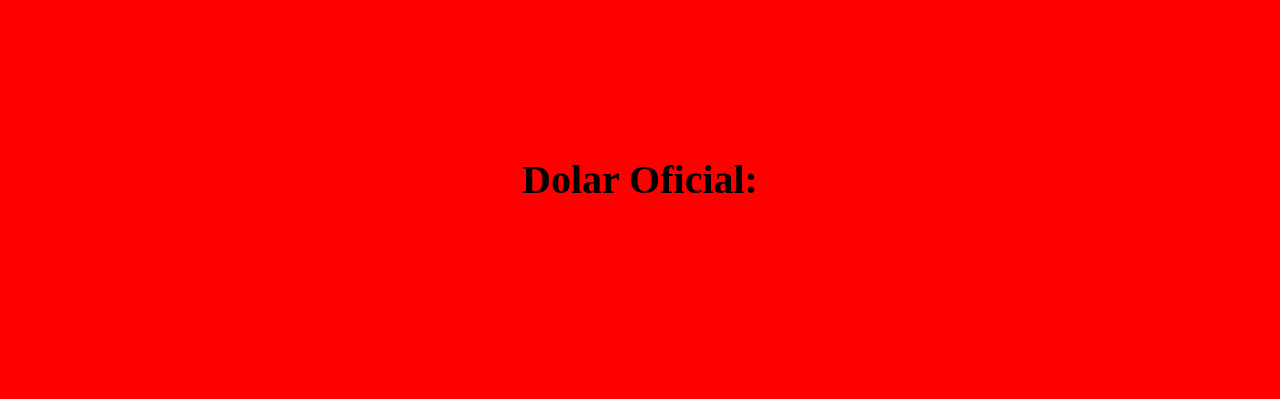
Repository: matias4633/Bill-Metal
Page: BillMetal/widget/BillMetal/index.html
These files come from the project's save history. The page is drawn as it stood at one moment and after the next save; the edit follows.
The browser window is 1280 px wide. The pictures show the whole page.
The page's requests for data from a server got no answer.

Above is the page before, as saved 2022-07-15 01:50:31.
Console error (its wording comes from the project's code and is left out).

After the next save:
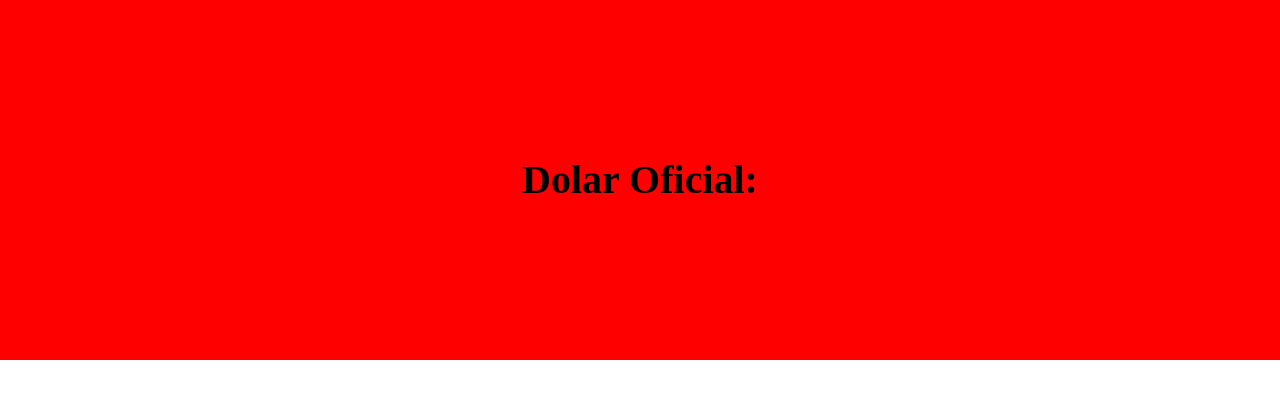
Saved 2 min 4 s later.
--- a/BillMetal/widget/BillMetal/css/style.css
+++ b/BillMetal/widget/BillMetal/css/style.css
@@ -26,8 +26,7 @@ p {
 #content-text {
   font-weight: bold;
   font-size: 40px;
-  width: 100%;
-  height: 100%;
+
   line-height: 360px;
   margin: 0;
   text-align: center;
